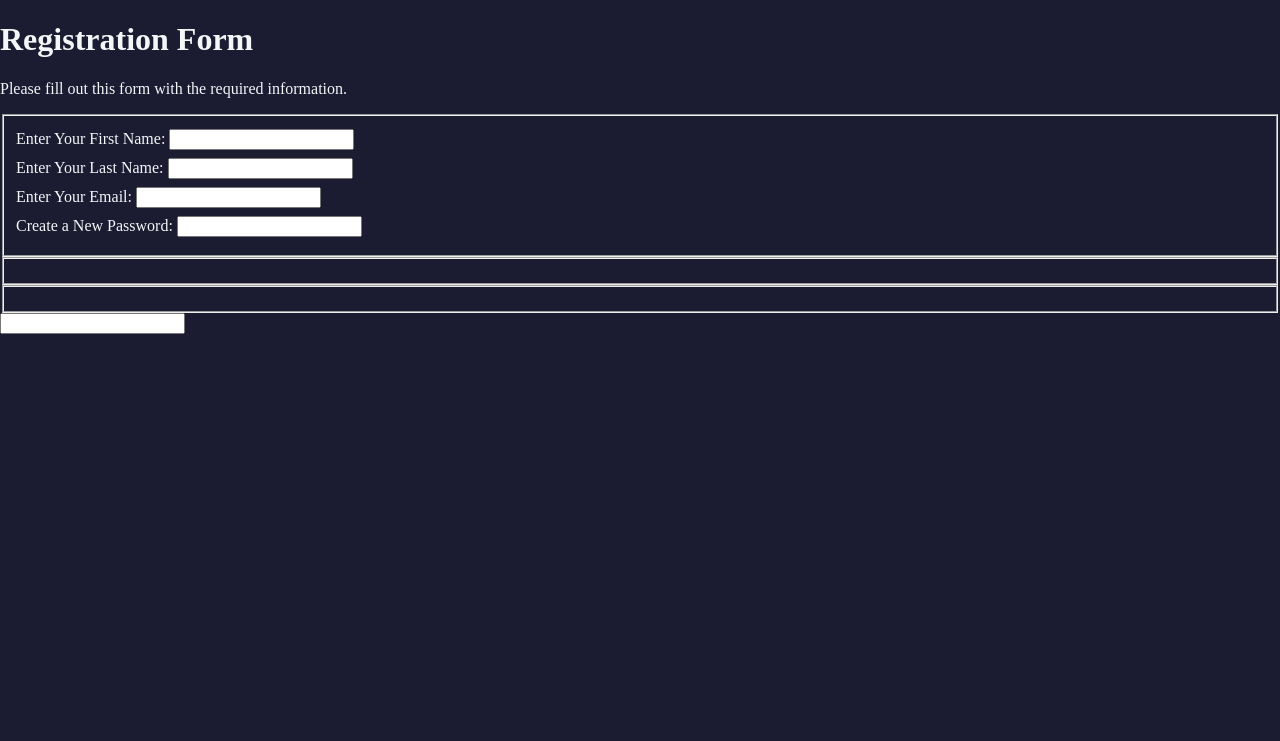
Repository: Lungdjos/registration_form
Page: index.html
The author's editor kept a copy of each file at every save. The page is drawn from the files as they stood at one save, then again after the next save.
The browser window is 1280 px wide. The pictures show the whole page.

Above is the page before, as saved 2023-09-28 14:41:19.

### index.html
<!DOCTYPE html>
<html lang="en">

<head>
    <meta charset="UTF-8">
    <meta name="viewport" content="width=device-width, initial-scale=1.0">
    <title>Registration Form</title>
    <link rel="stylesheet" href="indexStyles.css">
</head>

<body>
    <h1>Registration Form</h1>
    <p>Please fill out this form with the required information.</p>
    <form action="https://register-demo.freecodecamp.org" method="post">
        <fieldset>
            <label for="first-name">Enter Your First Name: <input type="text" id="first-name"> </label>
            <label for="last-name">Enter Your Last Name: <input type="text" id="last-name"> </label>
            <label for="email">Enter Your Email: <input type="email" id="email"> </label>
            <label for="new-password">Create a New Password: <input type="password" id="new-password"> </label>
        </fieldset>
        <fieldset><label for=""></label></fieldset>
        <fieldset><label for=""></label></fieldset>
        <input type="textmit" name="" id="">
    </form>
</body>

</html>

### indexStyles.css
/* CSS for the Registration Form */

body {
    width: 100%;
    height: 100vh;
    /* will need to set the value to */
    margin: auto;
    background-color: #1b1b32;
    color: #f5f6f7;
}

label {
    display: block;
    margin: .5rem 0;
}

After the next save:
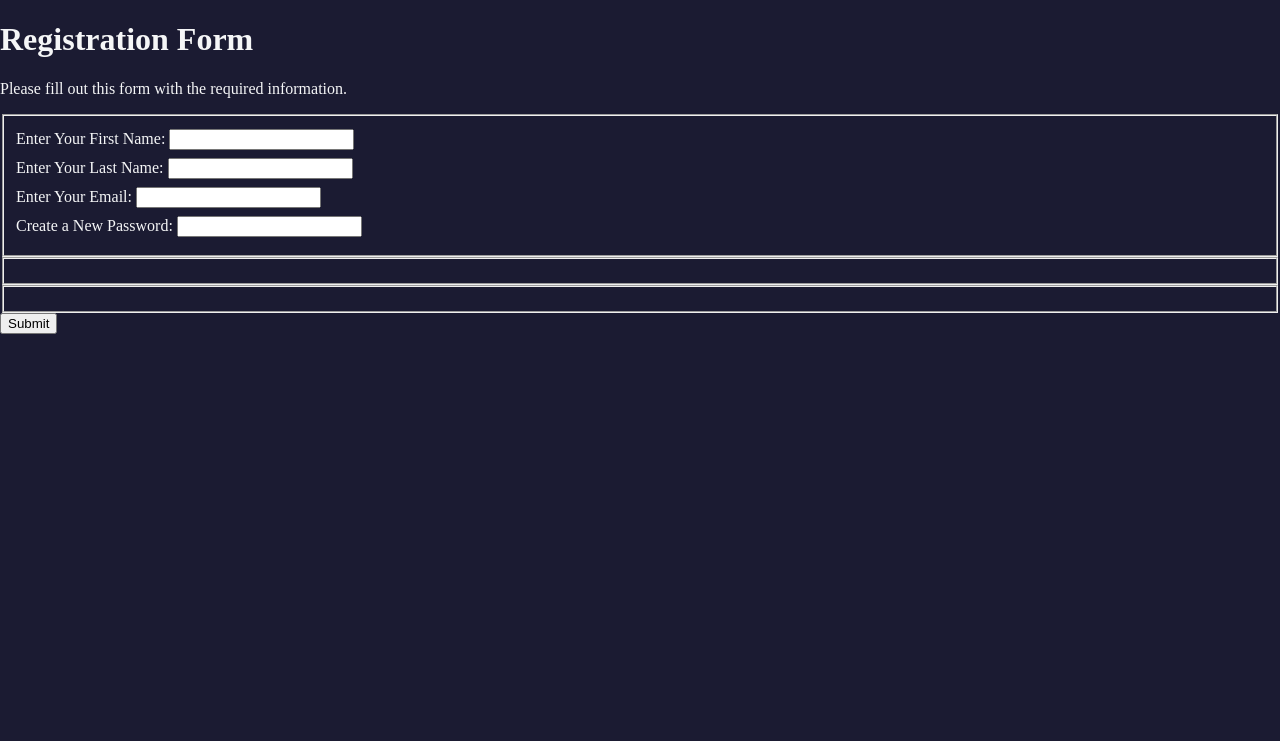
Saved 5 s later.
--- a/index.html
+++ b/index.html
@@ -20,7 +20,7 @@
         </fieldset>
         <fieldset><label for=""></label></fieldset>
         <fieldset><label for=""></label></fieldset>
-        <input type="textmit" name="" id="">
+        <input type="submit" name="" id="">
     </form>
 </body>
 
